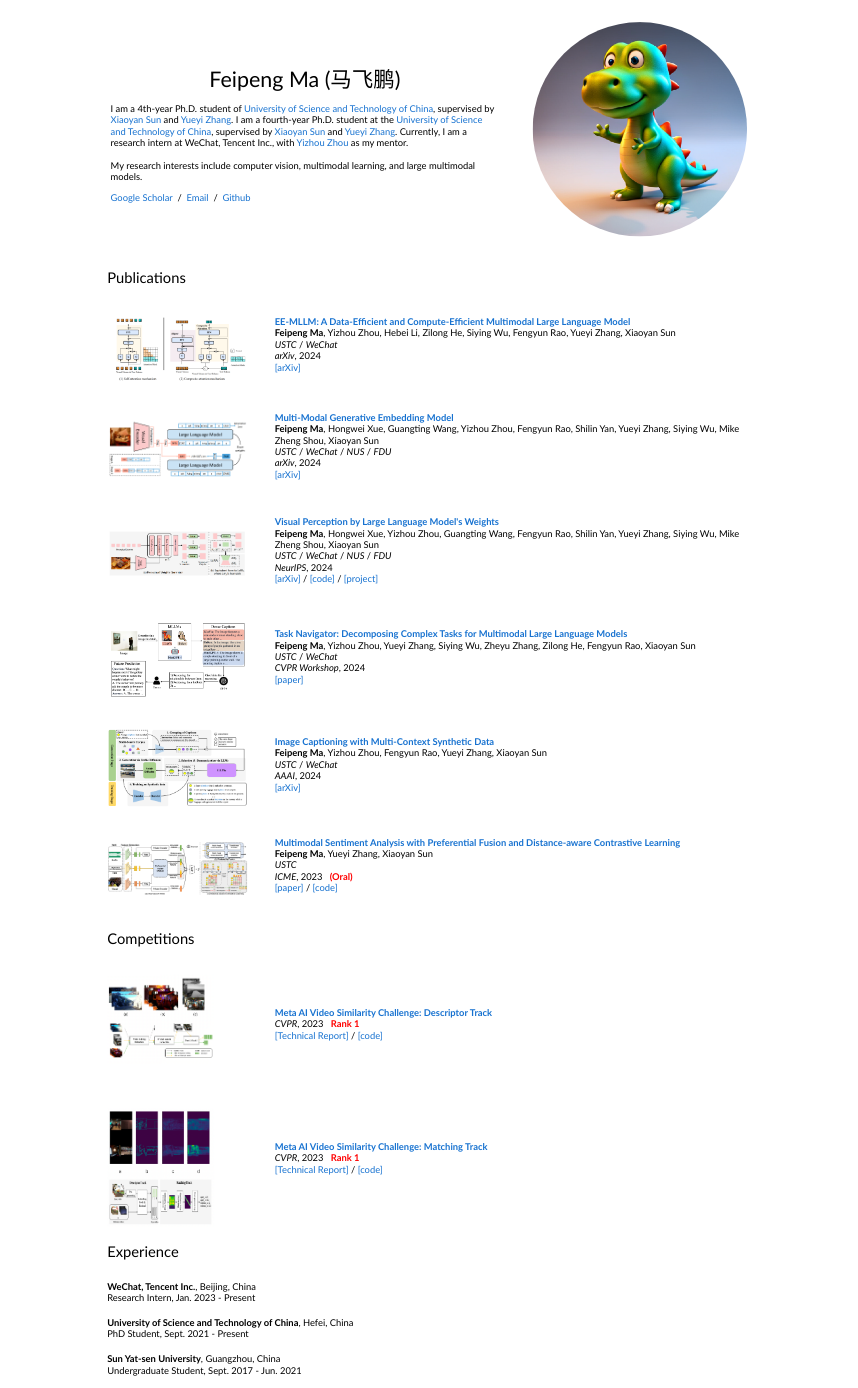
Repository: FeipengMa6/FeipengMa6.github.io
Page: index.html
These files come from the project's save history. The page is drawn as it stood at one moment and after the next save; the edit follows.
The browser window is 1280 px wide. The pictures show the whole page, at 67% of full size.

Above is the page before, as saved 2024-10-11 22:48:36.

After the next save:
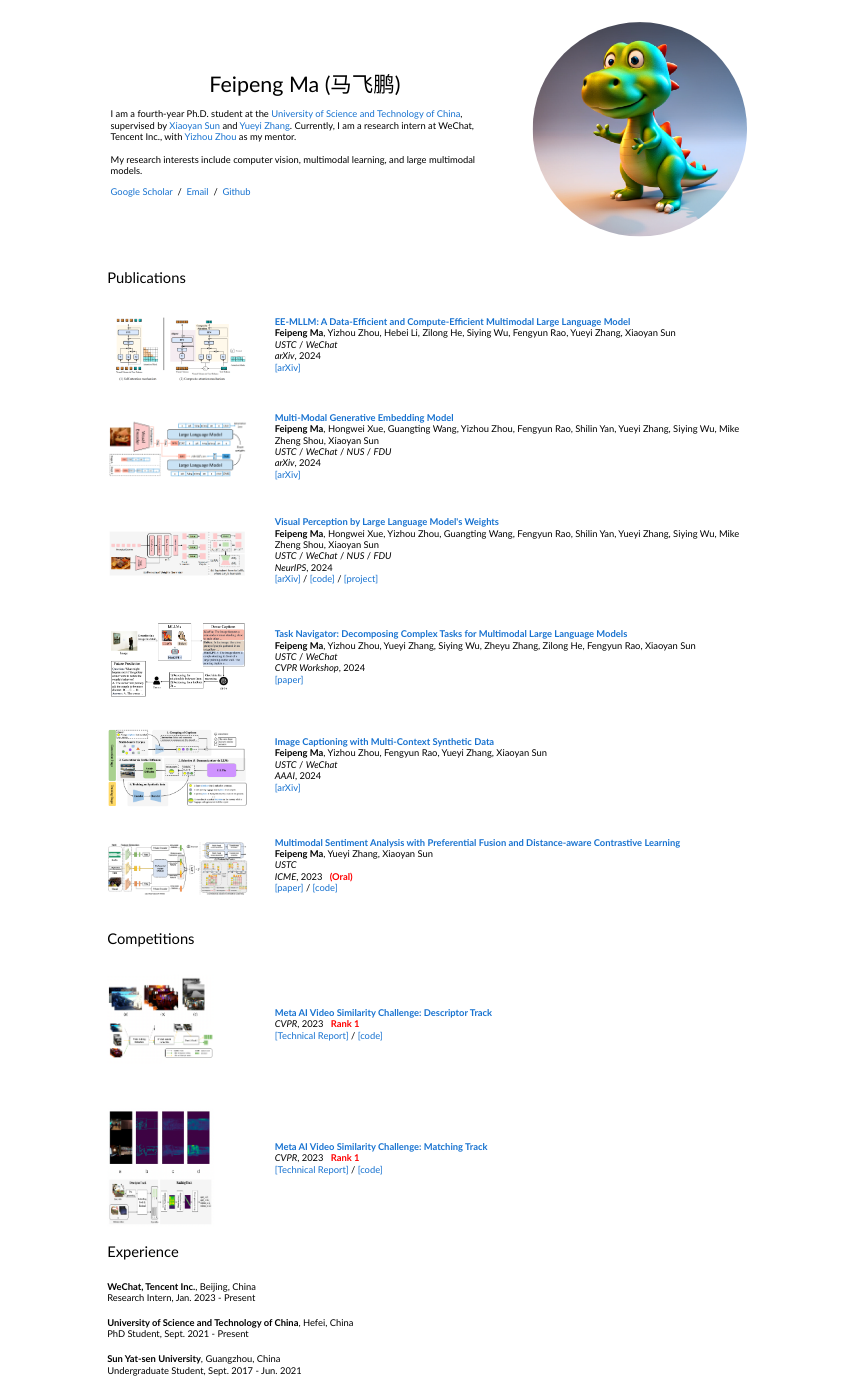
Saved 12 min 16 s later.
--- a/index.html
+++ b/index.html
@@ -18,7 +18,6 @@
                   Feipeng Ma (马飞鹏)
                 </p>
                 <p>
-                I am a 4th-year Ph.D. student of <a href="https://en.ustc.edu.cn/">University of Science and Technology of China</a>, supervised by <a href="https://scholar.google.com/citations?user=VRG3dw4AAAAJ&hl=zh-CN">Xiaoyan Sun</a> and <a href="https://scholar.google.com/citations?user=LatWlFAAAAAJ&hl=zh-CN&oi=ao">Yueyi Zhang</a>.
                 I am a fourth-year Ph.D. student at the <a href="https://en.ustc.edu.cn/">University of Science and Technology of China</a>, supervised by <a href="https://scholar.google.com/citations?user=VRG3dw4AAAAJ&hl=zh-CN">Xiaoyan Sun</a> and <a href="https://scholar.google.com/citations?user=LatWlFAAAAAJ&hl=zh-CN&oi=ao">Yueyi Zhang</a>. Currently, I am a research intern at WeChat, Tencent Inc., with <a href="https://scholar.google.com/citations?user=dHBNmSkAAAAJ&hl=zh-CN&oi=ao">Yizhou Zhou</a> as my mentor.
                 <br><br>
                 My research interests include computer vision, multimodal learning, and large multimodal models.
